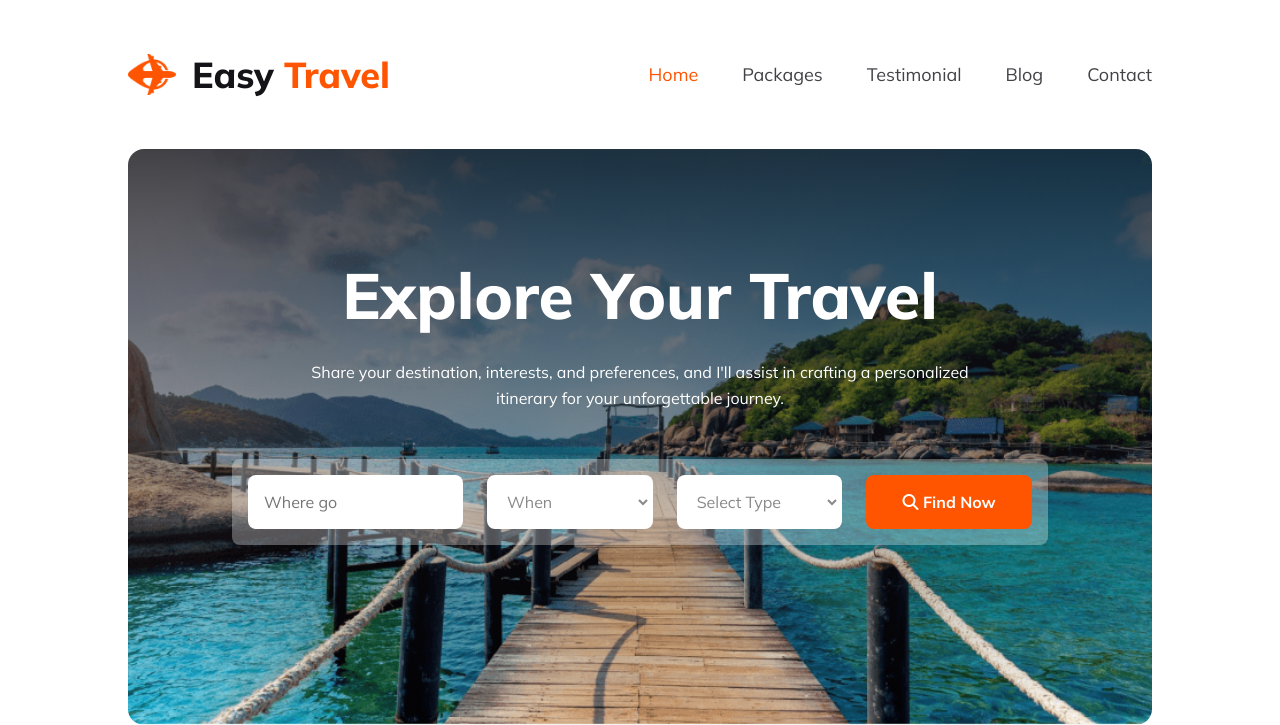
Repository: ShouravAhammed/Assignment-2
Page: index.html
The author's editor kept a copy of each file at every save. The page is drawn from the files as they stood at one save, then again after the next save.
The browser window is 1280 px wide. The pictures show the whole page.
Some web libraries are served in a nearby version.

Above is the page before, as saved 2024-01-16 03:40:59.

After the next save:
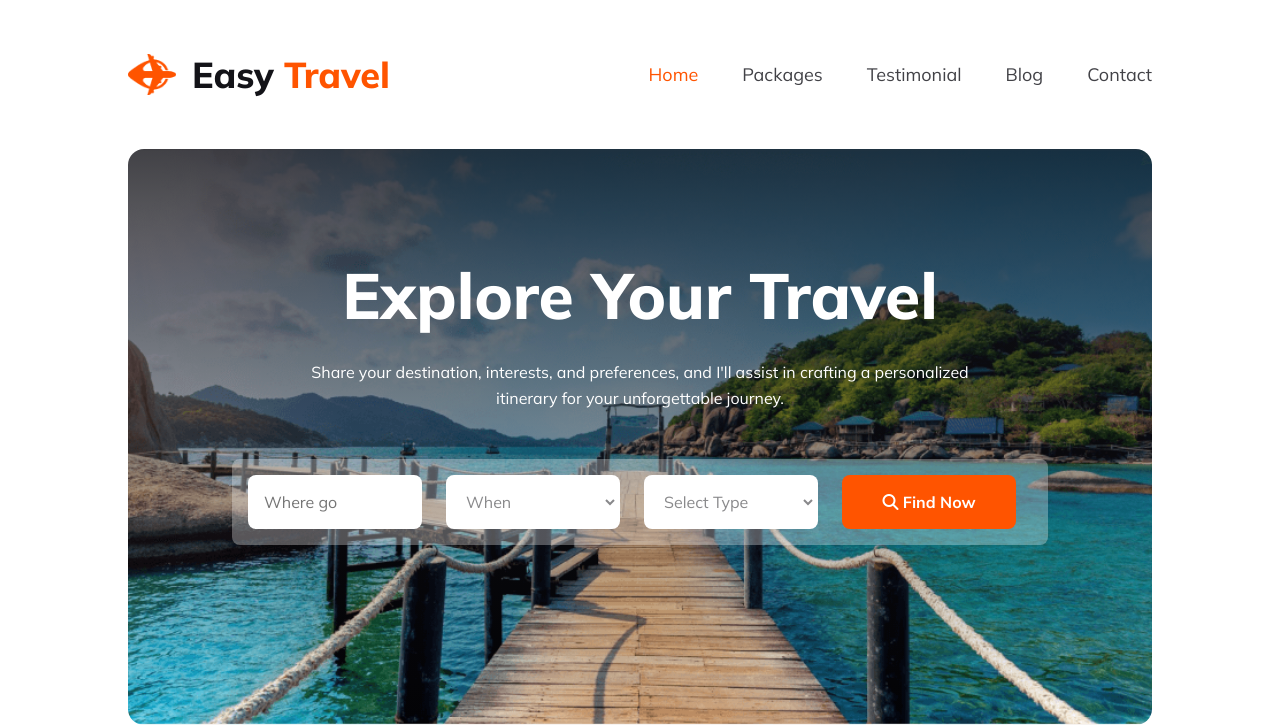
Saved 57 s later.
--- a/styles/style.css
+++ b/styles/style.css
@@ -114,7 +114,7 @@
     margin: 0 auto;
     text-align: center;
     display: grid;
-    grid-template-columns: repeat(4, 1fr);
+    grid-template-columns: repeat(4, 174px);
     gap: 24px;
 }
 .banner-form input, .banner-form select{
